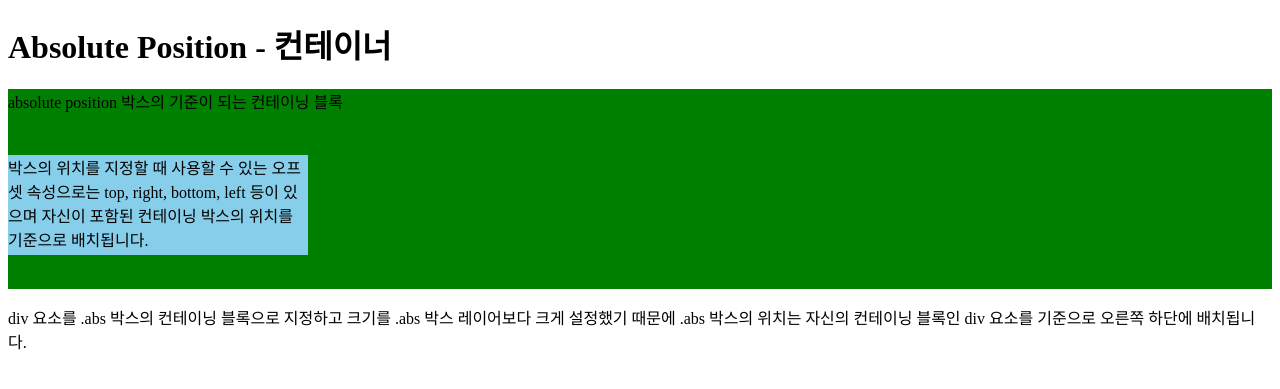
Repository: gus-123/Edu_KCC_HTML
Page: CSS/WebContent/css_exam06.html
These files come from the project's save history. The page is drawn as it stood at one moment and after the next save; the edit follows.
The browser window is 1280 px wide. The pictures show the whole page.

Above is the page before, as saved 2024-07-09 05:37:17.

After the next save:
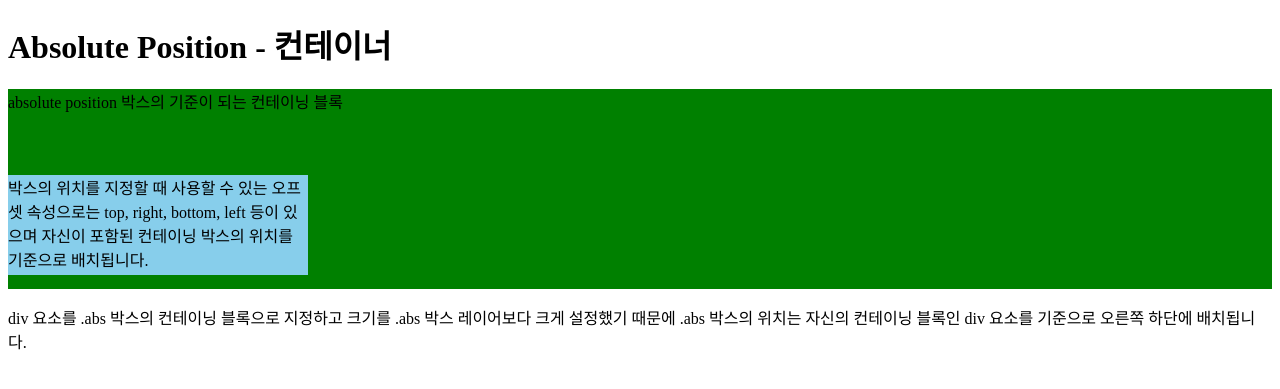
Saved 5 s later.
--- a/CSS/WebContent/css_exam06.html
+++ b/CSS/WebContent/css_exam06.html
@@ -16,7 +16,7 @@ p.abs {
 	height: 100px;
 	position: absolute;
 	background-color: skyblue;
-	top: 50px;
+	top: 70px;
 }
 </style>
 </head>
